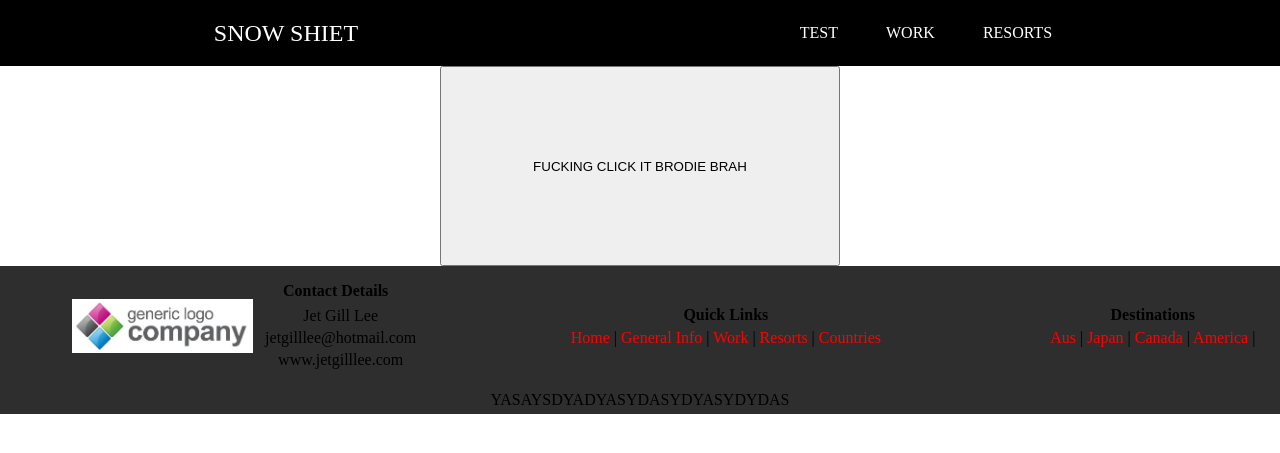
Repository: Jet-Gill-Lee/SnowSite
Page: resorts-overview.html
The author's editor kept a copy of each file at every save. The page is drawn from the files as they stood at one save, then again after the next save.
The browser window is 1280 px wide. The pictures show the whole page.

Above is the page before, as saved 2021-07-24 23:54:24.

After the next save:
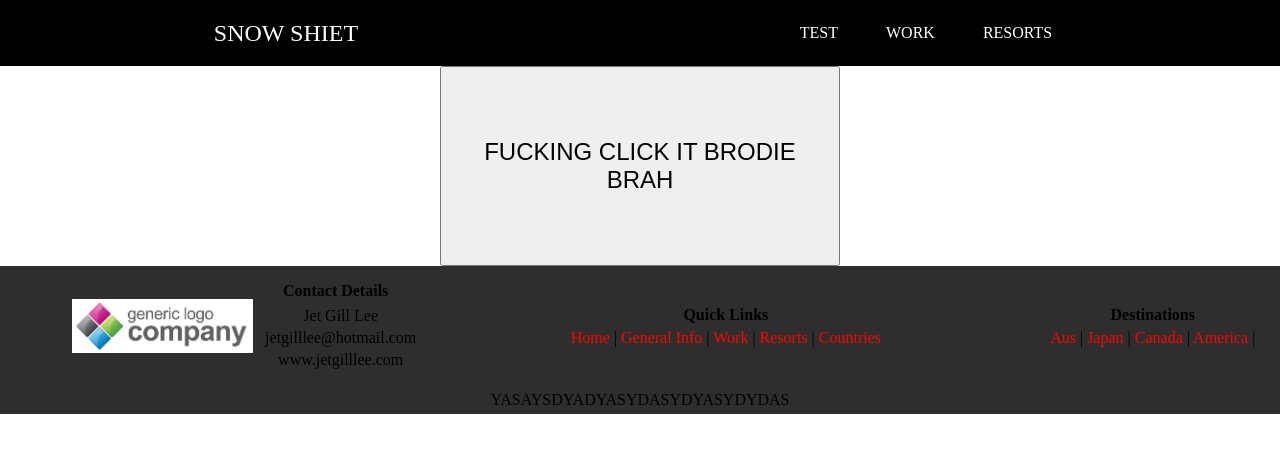
Saved 14 s later.
--- a/resorts-overview.html
+++ b/resorts-overview.html
@@ -28,7 +28,7 @@
 </div>
 <!-- MAIN -->
   <div id="page-main">
-    <button id="brodie-button" style="width:400px;height:200px;display:block;margin:auto;">FUCKING CLICK IT BRODIE BRAH</button>
+    <button id="brodie-button" style="width:400px;height:200px;display:block;margin:auto;font-size:x-large">FUCKING CLICK IT BRODIE BRAH</button>
   <!-- TYPES OF RESORTS -->
     <section id="resort-info">
       <div id="resorts-main">
